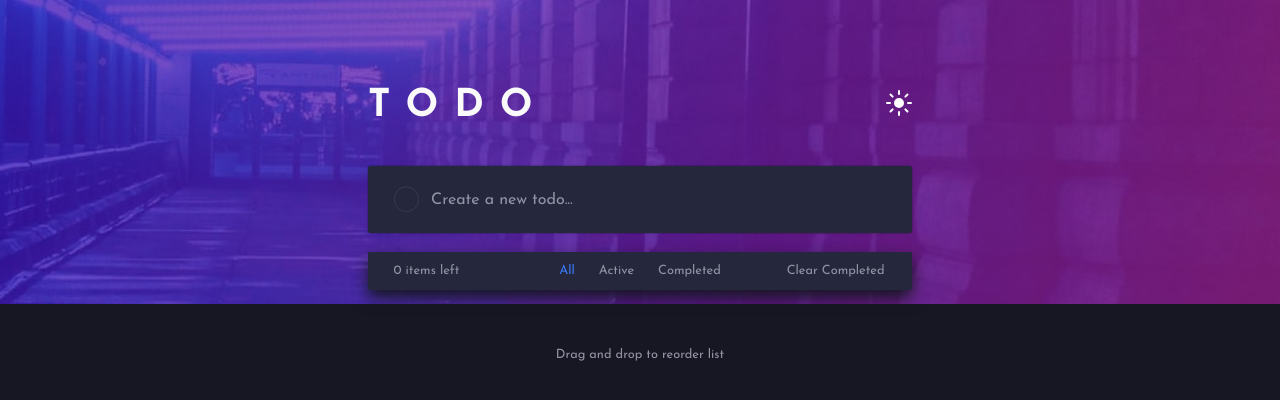
Repository: Ahmed-Abdul-ghaffar/ToDo-App
Page: /
These files come from the project's save history. The page is drawn as it stood at one moment and after the next save; the edit follows.
The browser window is 1280 px wide. The pictures show the whole page.
The project was rebuilt for these pictures with package versions that can differ from the ones it lists, and the page was loaded fresh each time. Also part of the build but not shown: vite.config.js.

Above is the page before, as saved 2026-11-08 09:38:28.

### index.html
<!doctype html>
<html class="dark">
  <head>
    <meta charset="UTF-8" />
    <meta name="viewport" content="width=device-width, initial-scale=1.0" />
    <meta name="keywords" content="HTML, CSS, JS, todo app, frontend" />
    <link rel="preconnect" href="https://fonts.googleapis.com" />
    <link rel="preconnect" href="https://fonts.gstatic.com" crossorigin />
    <link
      href="https://fonts.googleapis.com/css2?family=Josefin+Sans:ital,wght@0,100..700;1,100..700&display=swap"
      rel="stylesheet"
      pm
    />
    <link rel="icon" href="images/favicon-32x32.png" />
    <link rel="stylesheet" href="styles.scss" />
    <title>Frontend Mentor | ToDo App</title>
  </head>
  <body>
    <div class="container">
      <header class="header">
        <h1 class="header__logo">TODO</h1>

        <button
          class="header__theme-icon header__theme-icon-moon"
          aria-label="dark theme icon"
        >
          <img src="images/icon-moon.svg" alt="" />
        </button>
        <button
          class="header__theme-icon header__theme-icon-sun"
          aria-label="light theme icon"
        >
          <img src="images/icon-sun.svg" alt="" />
        </button>
      </header>

      <main>
        <form class="form">
          <label for="task" class="form__label">New ToDo</label>
          <input
            type="text"
            id="task"
            name="task"
            placeholder=" Create a new todo..."
            class="form__input"
          />
        </form>

        <ol class="todo-list"></ol>

        <div class="list-options">
          <div class="list-options__summary">
            <p><span class="list-options__items-left">#</span> items left</p>

            <button class="list-options__clear-completed-btn">
              Clear Completed
            </button>
          </div>

          <div class="list-options__filter-btns">
            <button
              class="list-options__filter-btn list-options__filter-btn--active all-filter"
            >
              All
            </button>
            <button class="list-options__filter-btn active-filter">
              Active
            </button>
            <button class="list-options__filter-btn completed-filter">
              Completed
            </button>
          </div>
        </div>
      </main>

      <footer class="footer">Drag and drop to reorder list</footer>
    </div>
    <script type="module" src="./index.js"></script>
  </body>
</html>

### styles.scss
@use "./components/reset";
@use "./components/variables";
@use "./components/header";
@use "./components/form";
@use "./components/todo-list";
@use "./components/list-options";
@use "./components/footer";

### index.js
import {
  activeFilterElement,
  allFilterElement,
  completedFilterElement,
  itemsLeftElement,
  taskList,
} from "./scripts.js/elements";
import {
  currentFilterState,
  initListeners,
  initTaskList,
  selectFilter,
} from "./scripts.js/eventListeners";

export const applyTheme = (isDark) => {
  document.documentElement.classList.toggle("dark", isDark);
};
import checkIcon from "./images/icon-check.svg";
import crossIcon from "./images/icon-cross.svg";

export const toggleDarkMode = () => {
  const isDark = !document.documentElement.classList.contains("dark");
  applyTheme(isDark);
  saveToDataBase("isDark", isDark);
};

export const renderTaskList = (tasks) => {
  let result = ``;
  tasks.forEach((task) => {
    result += `
       <li class="todo-list__item  ${task.isCompleted ? "todo-list__item--completed" : ""}" data-id="${task.taskId}">
            <button class="todo-list__check-btn" aria-label="mark as complete">
              <img
                class="todo-list__check-icon"
                src="${checkIcon}"
                alt=""
              />
            </button>
            <p class="todo-list__task"></p>
            <button class="todo-list__delete-btn" aria-label="delete task">
              <img
                class="todo-list__delete-icon"
                src="${crossIcon}"
                alt=""
              />
            </button>
          </li>
    `;
  });

  taskList.innerHTML = result;
  const paragrahps = taskList.querySelectorAll(".todo-list__task");
  paragrahps.forEach((p, i) => {
    p.textContent = tasks[i].text;
  });
};

export const saveToDataBase = (key, value) => {
  localStorage.setItem(key, JSON.stringify(value));
};

export const getData = (key) => {
  let result = localStorage.getItem(key);
  result = JSON.parse(result);
  return result;
};

export let tasks = [];

export const addTask = () => {
  const input = document.querySelector(".form__input");
  if (input.value.trim()) {
    tasks.push({
      isCompleted: false,
      text: input.value.trim(),
      taskId: crypto.randomUUID(),
    });
    input.value = "";
    saveToDataBase("tasks", tasks);

    if (currentFilterState === "active") {
      selectFilter("active");
    } else {
      selectFilter("all");
    }
  } else {
    input.value = "";
  }
};

export const markTaskAsCompleted = (listItem, listItemId) => {
  listItem.classList.toggle("todo-list__item--completed");

  tasks.forEach((task) => {
    if (task.taskId === listItemId) {
      task.isCompleted = !task.isCompleted;
    }
  });

  saveToDataBase("tasks", tasks);
  if (currentFilterState !== "all") {
    selectFilter(currentFilterState);
    return;
  }

  calculateItemsLeft();
};

export const deleteTask = (listItemId) => {
  const wantDelete = confirm("Do you want to delete task?");
  if (wantDelete) {
    tasks.forEach((task) => {
      if (task.taskId === listItemId) {
        const taskIndex = tasks.indexOf(task);
        tasks.splice(taskIndex, 1);
      }
    });

    saveToDataBase("tasks", tasks);
    selectFilter(currentFilterState);
  }
};

export const calculateItemsLeft = () => {
  if (tasks?.length || tasks.length === 0) {
    let countUnCompletedTasks = 0;
    tasks.forEach((task) => {
      !task.isCompleted && countUnCompletedTasks++;
    });
    itemsLeftElement.innerText = countUnCompletedTasks;
  } else {
    return;
  }
};

export const removeSelectedFilterClass = () => {
  if (allFilterElement.classList.contains("list-options__filter-btn--active")) {
    allFilterElement.classList.remove("list-options__filter-btn--active");
  } else if (
    activeFilterElement.classList.contains("list-options__filter-btn--active")
  ) {
    activeFilterElement.classList.remove("list-options__filter-btn--active");
  } else if (
    completedFilterElement.classList.contains(
      "list-options__filter-btn--active",
    )
  ) {
    completedFilterElement.classList.remove("list-options__filter-btn--active");
  }
};

export const clearCompletedTasks = () => {
  tasks = getUnCompletedTasks();
  saveToDataBase("tasks", tasks);
  selectFilter("all");
};

export const getUnCompletedTasks = () => {
  let unCompletedTasks = [];
  tasks.forEach((task) => {
    if (!task.isCompleted) {
      unCompletedTasks.push(task);
    }
  });
  return unCompletedTasks;
};

export const getCompletedTasks = () => {
  let completedTasks = [];
  tasks.forEach((task) => {
    if (task.isCompleted) {
      completedTasks.push(task);
    }
  });
  return completedTasks;
};

document.addEventListener("DOMContentLoaded", () => {
  applyTheme(
    getData("isDark") ?? document.documentElement.classList.contains("dark"),
  );
  tasks = getData("tasks") ?? [];
  initTaskList(tasks);
});

initListeners();

### components/_reset.scss
* {
  margin: 0;
  padding: 0;
  font: inherit;
  line-height: 1.5;
}

*,
::after,
::before {
  box-sizing: border-box;
}

ul,
ol {
  list-style: none;
}

button {
  background-color: transparent;
  cursor: pointer;
  border: none;
}

### components/_variables.scss
body {
  font-size: 18px;
  font-family: var(--font-family-josefin);
}

:root {
  // ------ row color pallete --------
  --color-blue-500: hsl(220, 98%, 61%);
  --color-cyan: #57ddff;
  --color-magenta: #c058f3;

  // light theme
  --color-gray-50: hsl(0, 0%, 98%);
  --color-purple-300: hsl(234, 39%, 85%);
  --color-gray-300: hsl(233, 11%, 84%);
  --color-gray-600: hsl(236, 9%, 61%);
  --color-navy-850: hsl(235, 19%, 35%);

  // dark theme
  --color-navy-950: hsl(235, 21%, 11%);
  --color-navy-900: hsl(235, 24%, 19%);
  --color-purple-300: hsl(234, 39%, 85%);
  --color-purple-100: hsl(236, 33%, 92%);
  --color-purple-600: hsl(235, 16%, 43%);
  --color-purple-700: hsl(233, 14%, 35%);
  --color-purple-800: hsl(237, 14%, 26%);
  --color-gray-600: hsl(236, 9%, 61%);

  // fonts
  --font-size-default: 1.1rem;
  --font-size-logo: 1.9rem;
  --font-size-filter: 0.8rem;
  --font-weight-regular: 400;
  --font-weight-bold: 700;
  --font-family-josefin: "Josefin Sans", sans-serif;

  // --------- role based colors (light default) ----------
  --color-bg: var(--color-gray-300);
  --color-list-bg: var(--color-gray-50);
  --color-list-shadow: var(--color-gray-600);
  --color-tasks: var(--color-navy-850);
  --color-filters: var(--color-gray-600);
  --color-footer: var(--color-gray-600);
  --color-placeholder: var(--color-gray-600);
  --color-completed-task: var(--color-gray-300);
  --color-borders: var(--color-gray-300);
  --color-logo: var(--color-gray-50);
  --color-filter-active: var(--color-blue-500);
  --color-input-focus: var(--color-navy-850);
  --color-filters-hover: var(--color-navy-850);
  --color-checkbox-checked: linear-gradient(
    135deg,
    var(--color-cyan),
    var(--color-magenta)
  );
  --color-checkbox-border-hover: linear-gradient(
    135deg,
    var(--color-cyan),
    var(--color-magenta)
  );

  //   spacing
  --gutter: 1.6rem;
  --padding-default: 1.5rem;
  --transtion-time: 0.2s;
}

html.dark {
  --color-bg: var(--color-navy-950);
  --color-list-bg: var(--color-navy-900);
  --color-list-shadow: var(--color-navy-950);
  --color-tasks: var(--color-purple-300);
  --color-input-focus: var(--color-purple-300);
  --color-filters-hover: var(--color-purple-100);
  --color-borders: var(--color-purple-800);
  --color-completed-task: var(--color-purple-700);

  body::after {
    background-image: url(../images/bg-desktop-dark.jpg);
  }

  .header__theme-icon-moon {
    display: none;
  }

  .header__theme-icon-sun {
    display: block;
  }
}

@media (max-width: 400px) {
  :root {
    --font-size-default: 0.7rem;
  }
}

### components/_header.scss
body {
  position: relative;
  background-color: var(--color-bg);

  &::after {
    content: "";
    position: absolute;
    top: 0;
    height: 19rem;
    width: 100%;
    z-index: -1;
    background-image: url("../images/bg-desktop-light.jpg");
    background-repeat: no-repeat;
    background-size: cover;
    background-position: top center;
  }
}

.container {
  max-width: 37rem;
  margin: 0 auto;
  padding: 0 1.5rem;
  display: grid;
}

.header {
  display: grid;
  grid-template-columns: repeat(2, 1fr);
  align-items: center;
  margin-bottom: 1.9rem;
  padding-top: 4.9rem;

  &__logo {
    justify-self: start;
    font-size: 2.4rem;
    font-family: var(--font-family-josefin);
    font-weight: var(--font-weight-bold);
    letter-spacing: 1rem;
    color: var(--color-logo);
  }

  &__theme-icon {
    justify-self: end;
    cursor: pointer;
  }

  &__theme-icon-sun {
    display: none;
  }
}

@media (max-width: 400px) {
  body {
    font-size: 15px;

    &::after {
      height: 12rem;
    }
  }

  .header {
    margin-bottom: 1.9rem;
    padding-top: 2.7rem;

    &__logo {
      font-size: 1.3rem;
    }
  }
}

### components/_form.scss
.form {
  position: relative;
  margin-bottom: 1.2rem;

  &__label {
    display: none;
  }

  &::before {
    content: "";
    width: 1.6rem;
    height: 1.6rem;
    position: absolute;
    top: 50%;
    transform: translateY(-50%);
    left: 1.6rem;
    border: 0.1rem solid var(--color-borders);
    border-radius: 50%;
  }

  &__input {
    background-color: var(--color-list-bg);
    box-shadow: 0 0 0.1rem var(--color-list-shadow);
    color: var(--color-input-focus);
    width: 100%;
    padding: 1.1rem 3.5rem;
    border-radius: 0.2rem;
    border: 0.13rem solid transparent;
    outline: none;

    &::placeholder {
      font-weight: var(--font-weight-regular);
      color: var(--color-placeholder);
      font-family: var(--font-family-josefin);
      font-size: 1rem;
    }

    &:focus {
      border-color: var(--color-input-focus);

      &::placeholder {
        color: var(--color-input-focus);
        font-size: 1rem;
        font-weight: var(--font-weight-regular);
        font-family: var(--font-family-josefin);
      }
    }
  }
}

@media (max-width: 400px) {
  .form {
    &::before {
      width: 1.2rem;
      height: 1.2rem;
    }

    margin-bottom: 1rem;
    &__input {
      padding: 0.7rem 2.9rem;
      &::placeholder {
        font-size: 0.7rem;
      }
    }
  }
}

### components/_todo-list.scss
.todo-list {
  box-shadow: 0 -0.1rem 1rem var(--color-list-shadow);
  border-radius: 0.2rem;

  &__item {
    display: grid;
    grid-template-columns: auto 1fr auto;
    align-items: center;
    width: 100%;
    border-bottom: solid 0.1rem var(--color-borders);
    padding: 1.2rem 1.6rem;
    background-color: var(--color-list-bg);

    &:first-child {
      border-top-left-radius: 0.2rem;
      border-top-right-radius: 0.2rem;
    }

    &:hover,
    &:has(:focus-visible) {
      cursor: pointer;
      .todo-list__delete-btn {
        opacity: 1;
      }
    }

    &--completed {
      .todo-list__check-btn {
        &:hover {
          &::after {
            opacity: 0;
          }

          &::before {
            opacity: 1;
          }
        }

        &::before {
          opacity: 1;
        }

        .todo-list__check-icon {
          opacity: 1;
        }
      }

      .todo-list__task {
        text-decoration: line-through;
        color: var(--color-completed-task);
      }
    }

    &--ghost {
      opacity: 0.5;
      outline: 2px dashed var(--color-blue-500);
      outline-offset: -2px;
    }
  }

  &__check-btn {
    position: relative;
    margin-right: 1.5rem;
    display: flex;
    align-items: center;
    justify-content: center;
    border: 0.1rem solid var(--color-borders);
    border-radius: 50%;
    width: 1.5rem;
    height: 1.5rem;
    padding: 0.1rem;
    background-color: transparent;
    z-index: 0;

    &::before {
      opacity: 0;
      transition: opacity var(--transtion-time);
      content: "";
      position: absolute;
      inset: -0.1rem;
      border-radius: 50%;
      background: linear-gradient(
        135deg,
        var(--color-cyan),
        var(--color-magenta)
      );
      z-index: -1;
    }

    &::after {
      content: "";
      position: absolute;
      border-radius: 50%;
      background-color: var(--color-list-bg);
      inset: 0;
      opacity: 0;
      transition: opacity var(--transtion-time);
      z-index: -1;
    }

    @media (hover: hover) {
      &:hover {
        border-color: transparent;
        background-color: var(--color-list-bg);

        &::before,
        &::after {
          opacity: 1;
        }
      }
    }
  }

  &__check-icon {
    opacity: 0;
    transition: opacity var(--transtion-time);
  }

  &__task {
    font-size: var(--font-size-default);
    color: var(--color-tasks);
  }

  &__delete-btn {
    opacity: 0;
    transition: opacity var(--transtion-time);
  }
}

@media (hover: none) {
  .todo-list {
    &__item {
      padding: 0.8rem 1.1rem;
    }

    &__check-btn {
      width: 1.2rem;
      height: 1.2rem;
    }

    &__delete-btn {
      opacity: 1;
    }
  }
}

### components/_list-options.scss
.list-options {
  background-color: var(--color-list-bg);
  border-bottom-right-radius: 0.2rem;
  border-bottom-left-radius: 0.2rem;
  display: grid;
  grid-template-columns: repeat(3, 1fr);
  align-items: center;
  gap: clamp(0.5rem, 5vw, 4rem);
  padding: 0.6rem 1.6rem;
  font-size: 0.8rem;
  color: var(--color-filters);
  font-family: var(--font-family-josefin);
  margin-bottom: 3.4rem;
  box-shadow: 0 0.5rem 1rem var(--color-list-shadow);

  &__summary {
    display: contents;
  }

  &__filter-btns {
    display: flex;
    align-items: center;
    justify-content: center;
    gap: 1.5rem;
  }

  &__filter-btn {
    color: var(--color-filters);

    &:hover:not(&--active) {
      color: var(--color-filters-hover);
    }

    &--active {
      color: var(--color-filter-active);
    }
  }

  &__clear-completed-btn {
    color: var(--color-filters);
    order: 1;

    @media (hover: hover) {
      &:hover {
        color: var(--color-filters-hover);
      }
    }
  }
}

@media (max-width: 400px) {
  .list-options {
    margin-bottom: 2.8rem;
    grid-template-columns: 1fr;
    row-gap: 1rem;
    background-color: transparent;
    padding: 0;
    box-shadow: none;
    &__items-left {
      order: 1;
    }

    &__summary {
      display: flex;
      justify-content: space-between;
      align-items: center;
      padding: 1rem;
      border-bottom-left-radius: 0.2rem;
      border-bottom-right-radius: 0.2rem;
      background-color: var(--color-list-bg);
      box-shadow: 0 0.5rem 1rem var(--color-list-shadow);
    }

    &__filter-btns {
      justify-content: center;
      padding: 0.7rem 1rem;
      background-color: var(--color-list-bg);
      border-radius: 0.2rem;
      gap: clamp(0.75rem, 6vw, 1.5rem);
    }

    &__clear-completed-btn {
      order: 2;
    }
  }
}

### components/_footer.scss
.footer {
  color: var(--color-footer);
  font-size: 0.8rem;
  justify-self: center;
}

### scripts.js/elements.js
export const header = document.querySelector(".header");
export const taskList = document.querySelector(".todo-list");
export const form = document.querySelector(".form");
export const checkBtns = () =>
  document.querySelectorAll(".todo-list__check-btn");
export const listItems = () => document.querySelectorAll(".todo-list__item");

export const itemsLeftElement = document.querySelector(
  ".list-options__items-left",
);

export const allFilterElement = document.querySelector(".all-filter");
export const activeFilterElement = document.querySelector(".active-filter");
export const completedFilterElement =
  document.querySelector(".completed-filter");
export const clearCompletedBtn = document.querySelector(
  ".list-options__clear-completed-btn",
);

### scripts.js/eventListeners.js
import Sortable from "sortablejs";
import {
  addTask,
  calculateItemsLeft,
  clearCompletedTasks,
  deleteTask,
  getCompletedTasks,
  getUnCompletedTasks,
  markTaskAsCompleted,
  removeSelectedFilterClass,
  renderTaskList,
  saveToDataBase,
  tasks,
  toggleDarkMode,
} from "..";
import {
  activeFilterElement,
  allFilterElement,
  clearCompletedBtn,
  completedFilterElement,
  form,
  header,
  listItems,
  taskList,
} from "./elements";

export const makeTaskListSortable = () => {
  return new Sortable(taskList, {
    animation: 150,
    delay: 400,
    delayOnTouchOnly: true,
    ghostClass: "todo-list__item--ghost",
    onEnd(event) {
      if (event.oldIndex === event.newIndex) return;
      const draggedTask = tasks[event.oldIndex];
      tasks.splice(event.oldIndex, 1);
      tasks.splice(event.newIndex, 0, draggedTask);
      saveToDataBase("tasks", tasks);
    },
  });
};

let sortable = makeTaskListSortable();
export let currentFilterState = "all";

export const selectFilter = (name) => {
  removeSelectedFilterClass();

  if (name === "all") {
    allFilterElement.classList.add("list-options__filter-btn--active");
    sortable.option("disabled", false);
    currentFilterState = "all";
    initTaskList(tasks);
  } else if (name === "active") {
    activeFilterElement.classList.add("list-options__filter-btn--active");
    sortable.option("disabled", true);
    currentFilterState = "active";
    const unCompletedTasks = getUnCompletedTasks();
    initTaskList(unCompletedTasks);
  } else if (name === "completed") {
    completedFilterElement.classList.add("list-options__filter-btn--active");
    sortable.option("disabled", true);
    currentFilterState = "completed";
    const completedTasks = getCompletedTasks();
    initTaskList(completedTasks);
  }
};

export const initListeners = () => {
  header.addEventListener("click", (event) => {
    if (event.target.closest(".header__theme-icon")) {
      toggleDarkMode();
    }
  });

  form.addEventListener("submit", (event) => {
    event.preventDefault();
    addTask();
  });

  allFilterElement.addEventListener("click", () => selectFilter("all"));

  activeFilterElement.addEventListener("click", () => selectFilter("active"));

  completedFilterElement.addEventListener("click", () =>
    selectFilter("completed"),
  );

  clearCompletedBtn.addEventListener("click", () => {
    const wantDelete = confirm(
      "Are you sure you want to clear the completed tasks?",
    );
    if (wantDelete) {
      clearCompletedTasks();
    }
  });
};

export const initTaskListeners = () => {
  listItems().forEach((listItem) => {
    listItem.addEventListener("click", (event) => {
      const listItemId = listItem.dataset.id;

      if (event.target.closest(".todo-list__check-btn")) {
        markTaskAsCompleted(listItem, listItemId);
      }

      if (event.target.closest(".todo-list__delete-btn")) {
        deleteTask(listItemId);
      }
    });
  });
};

export const initTaskList = (tasks) => {
  renderTaskList(tasks);
  initTaskListeners();
  calculateItemsLeft();
};

After the next save:
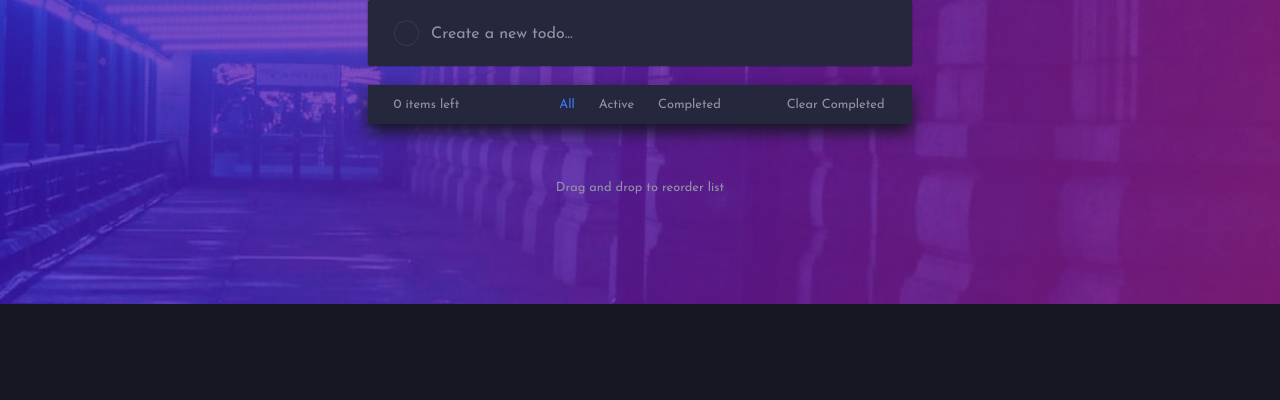
Console error: TypeError: Cannot read properties of null (reading 'addEventListener')
Saved 9 min 35 s later.
--- a/index.html
+++ b/index.html
@@ -17,7 +17,7 @@
   </head>
   <body>
     <div class="container">
-      <header class="header">
+      <!-- <header class="header">
         <h1 class="header__logo">TODO</h1>
 
         <button
@@ -32,7 +32,7 @@
         >
           <img src="images/icon-sun.svg" alt="" />
         </button>
-      </header>
+      </header> -->
 
       <main>
         <form class="form">

After the save that followed:
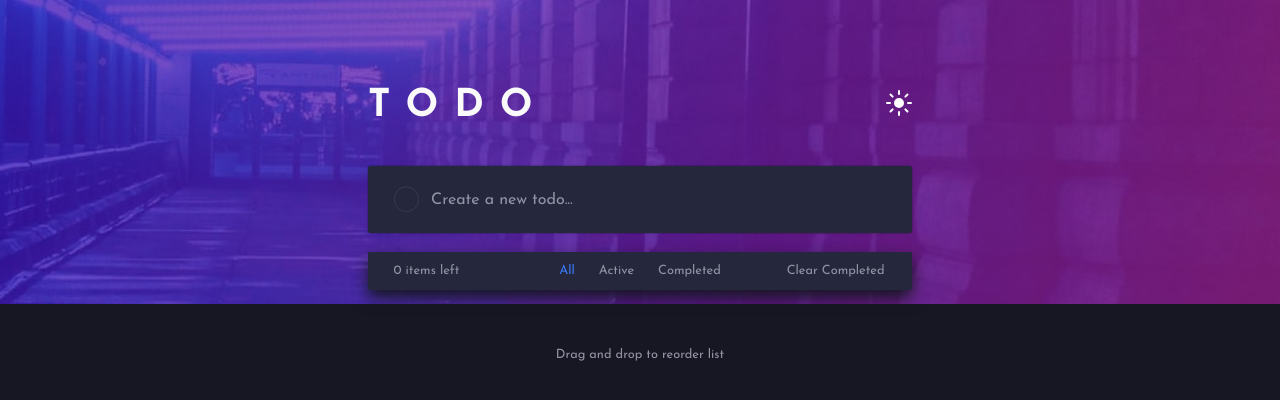
The error is gone.
Saved 50 s later.
--- a/index.html
+++ b/index.html
@@ -17,7 +17,7 @@
   </head>
   <body>
     <div class="container">
-      <!-- <header class="header">
+      <header class="header">
         <h1 class="header__logo">TODO</h1>
 
         <button
@@ -32,7 +32,7 @@
         >
           <img src="images/icon-sun.svg" alt="" />
         </button>
-      </header> -->
+      </header>
 
       <main>
         <form class="form">
